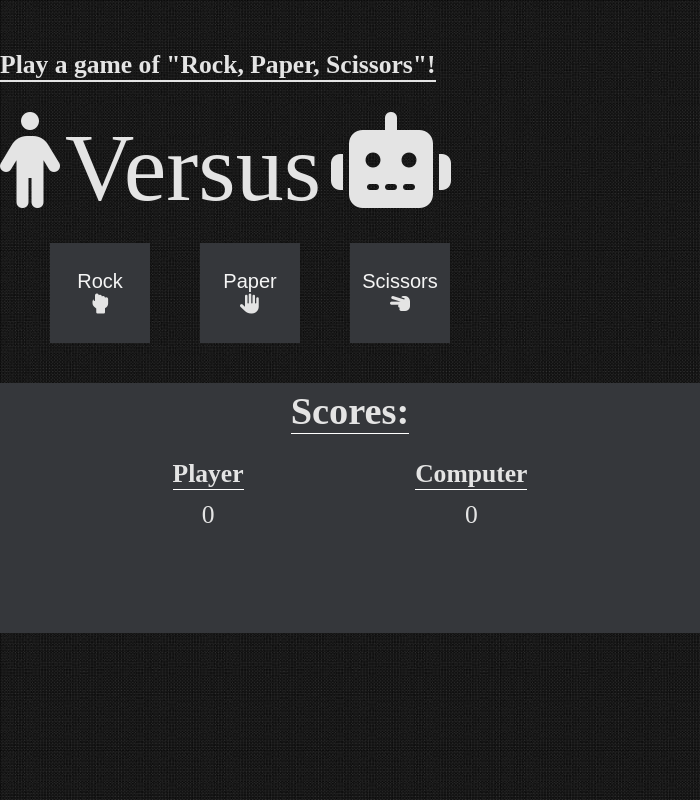
Repository: Pafestivo/rock-paper-scissors
Page: index.html
An editor plug-in stored every save of this project. The page is shown before and after a run of saves, followed by the edit.
The browser window is 375 px wide. The page is 700 px wide, so the pictures cover 700 px, including what lies to the right of the window. The pictures show the whole page.
Some web libraries are served in a nearby version.

Above is the page before, as saved 2022-10-15 14:30:47.

After the next 4 saves:
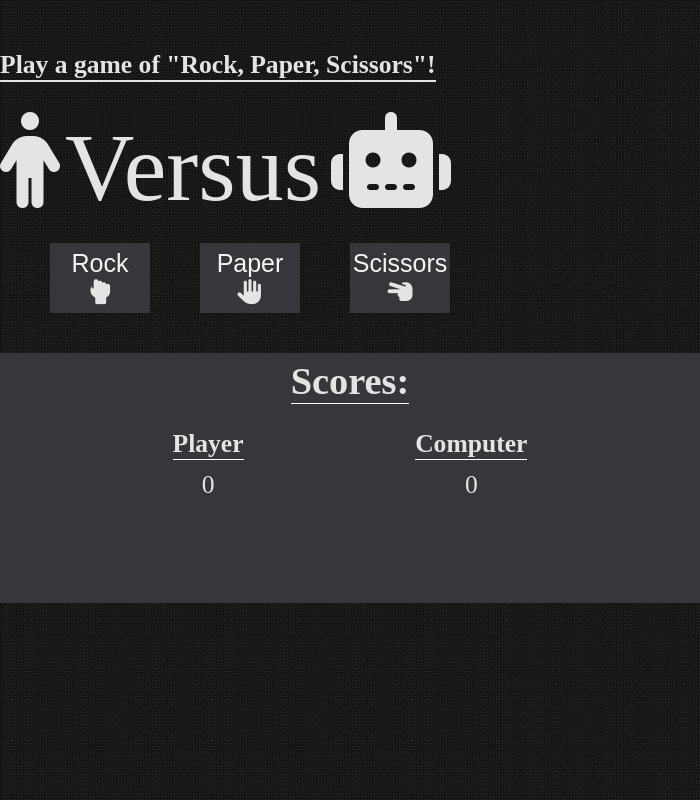
The 4 saves are shown as one change because they came seconds apart.
The last was saved 14 s later.
--- a/styles.css
+++ b/styles.css
@@ -167,8 +167,8 @@ a {
 
   button {
     width: 100px;
-    height: 100px;
-    font-size: 20px;
+    height: 70px;
+    font-size: 25px;
   }
 
   .comp-choice {
